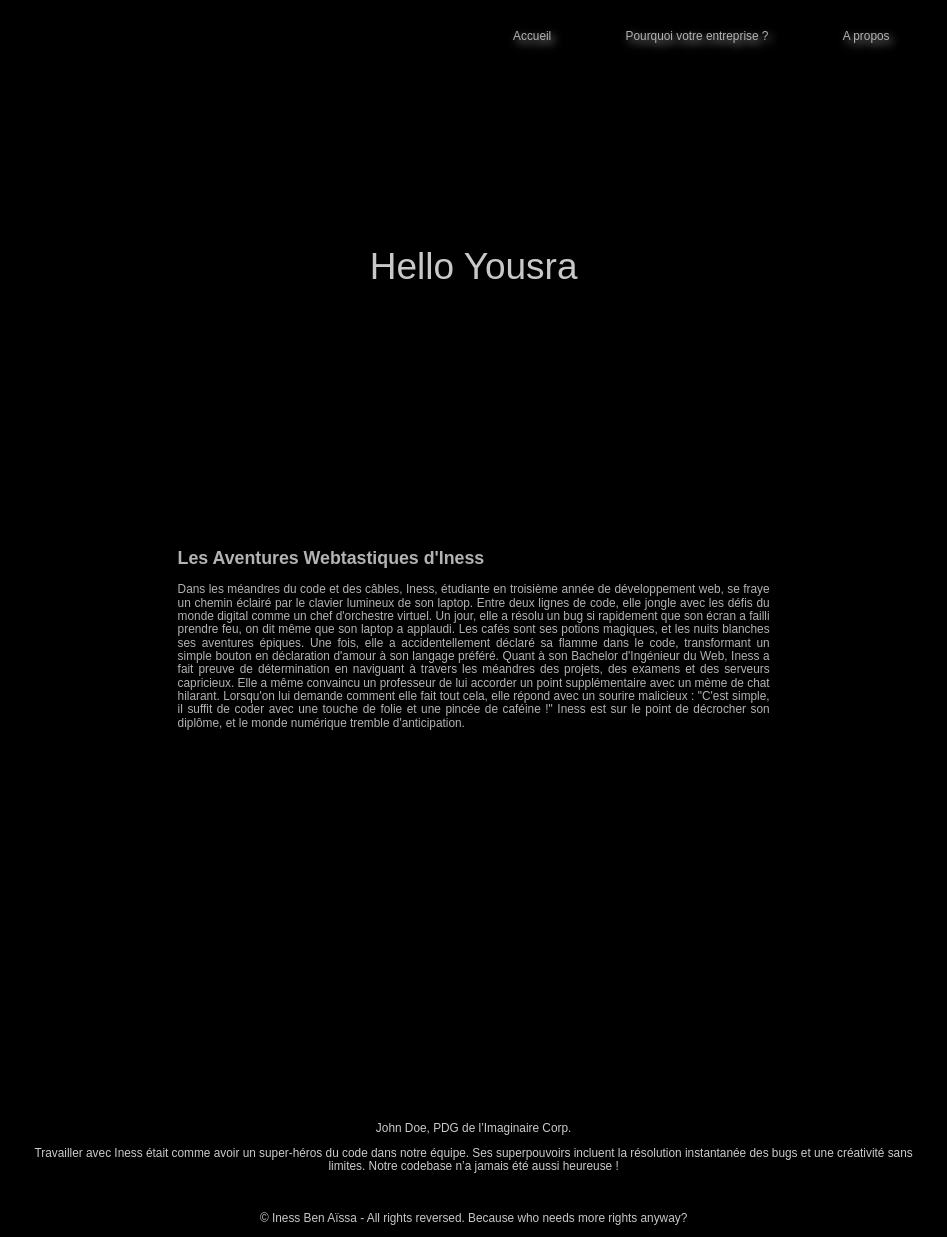
Repository: inessben/application
Page: index.html
These files come from the project's save history. The page is drawn as it stood at one moment and after the next save; the edit follows.
The browser window is 1280 px wide. The pictures show the whole page, at 74% of full size.

Above is the page before, as saved 2023-12-03 20:18:46.

### index.html
<!DOCTYPE html>
<html lang="en">
<head>
    <meta charset="UTF-8">
    <meta name="viewport" content="width=device-width, initial-scale=1.0">
    <!-- generate the icon -->
    <link rel="apple-touch-icon" sizes="180x180" href="/favicon/apple-touch-icon.png">
    <link rel="icon" type="image/png" sizes="32x32" href="/favicon/favicon-32x32.png">
    <link rel="icon" type="image/png" sizes="16x16" href="/favicon/favicon-16x16.png">
    <link rel="manifest" href="/favicon/site.webmanifest">
    <link rel="mask-icon" href="/favicon/safari-pinned-tab.svg" color="#5bbad5">
    <meta name="msapplication-TileColor" content="#da532c">
    <!--  -->
    <meta name="theme-color" content="#333333">
    <title>#slowlyApplication</title>
    <link rel="stylesheet" href="index.css">
</head>
<body>

    <section id="nav-header">
        <header class="nav-links">
            <a href="./index.html" class="link">Accueil</a>
            <a href="./company/company.html" class="link">Pourquoi votre entreprise ?</a>
            <a href="./about/about.html" class="link">A propos</a>
        </header>
    </section>

    <section id="interactive-section">
    <p id="text-content">Hello Yousra</p>
    </section>

    <section id="main-content">
        <h1>Les Aventures Webtastiques d'Iness</h1>
        <p>Dans les méandres du code et des câbles, Iness, étudiante en troisième année de développement web, se fraye un chemin éclairé par le clavier lumineux de son laptop. Entre deux lignes de code, elle jongle avec les défis du monde digital comme un chef d'orchestre virtuel. Un jour, elle a résolu un bug si rapidement que son écran a failli prendre feu, on dit même que son laptop a applaudi. Les cafés sont ses potions magiques, et les nuits blanches ses aventures épiques. Une fois, elle a accidentellement déclaré sa flamme dans le code, transformant un simple bouton en déclaration d'amour à son langage préféré.
        Quant à son Bachelor d'Ingénieur du Web, Iness a fait preuve de détermination en naviguant à travers les méandres des projets, des examens et des serveurs capricieux. Elle a même convaincu un professeur de lui accorder un point supplémentaire avec un mème de chat hilarant. Lorsqu'on lui demande comment elle fait tout cela, elle répond avec un sourire malicieux : "C'est simple, il suffit de coder avec une touche de folie et une pincée de caféine !" Iness est sur le point de décrocher son diplôme, et le monde numérique tremble d'anticipation.</p>
    </section>

    <section id="carousel-container">
        <section id="testimonial1">
            <p>John Doe, PDG de l’Imaginaire Corp.</p>
            <p>Travailler avec Iness était comme avoir un super-héros du code dans notre équipe. Ses superpouvoirs incluent la résolution instantanée des bugs et une créativité sans limites. Notre codebase n’a jamais été aussi heureuse !</p>
        </section>

        <section id="testimonial2">
            <p>Jane Smith, Directrice du Sourire Inc.</p>
            <p>Son humour contagieux et ses compétences techniques font d’elle une collègue exceptionnelle. Recrutez-la avant que Hollywood ne réalise un film sur sa vie !</p>
        </section>

        <section id="testimonial3">
            <p>Charlie Console, Architecte du Code chez InnovateTech</p>
            <p>Recruter Iness ? C’est comme ajouter des commentaires clairs à un script confus. Elle apporte de la clarté, de l’efficacité et un peu de magie à chaque ligne de code. L’équation parfaite pour la réussite de l’équipe !</p>
        </section>

        <section id="testimonial4">
            <p>Sophie Frontend, Directrice de l’Imaginaire Corp.</p>
            <p>Collaborer avec Iness a été comme travailler avec une fée du front-end. Elle a transformé nos designs en sites web interactifs qui enchantent nos utilisateurs !</p>
        </section>

        <section id="testimonial5">
            <p>Alexa Responsive, Responsable de l’Expérience chez Sourire Inc.</p>
            <p>Le talent d’ Iness pour créer des interfaces captivantes est incomparable. Chaque ligne de code qu’elle écrit semble avoir un sourire intégré. Recrutez-la et voyez vos utilisateurs sourire à chaque clic !</p>
        </section>

        <section id="testimonial6">
            <p>Ethan Design, Artisan du Code chez Codeville</p>
            <p>Iness est l’architecte de notre esthétique numérique. Ses compétences front-end transforment nos idées en expériences visuelles mémorables. Ses animations en front-end ajoutent une dimension magique à nos projets. Elle a l’art de faire bouger les pixels !</p>
        </section>
        </section>

        <footer>
            <p>© Iness Ben Aïssa - All rights reversed. Because who needs more rights anyway?</p>
        </footer>


    <script src="script.js"></script>
</body>
</html>

### index.css
body {
    margin: 0;
    /* overflow: hidden; */
    font-family: 'Arial', sans-serif;
    background-color: #000000;
    color: #c8c8c8;
    padding: 0;
}

#nav-header {
    position: absolute;
    top: 30px;
    right: 20px;
    font-size: 16px;
    font-weight: 500;
    padding: 10px;
}

.link {
    filter: drop-shadow(4px 5px 6px #b2b1b1);
    padding: 8px;
    text-decoration: none;
    color: #b3b3b3;
    margin: auto 40px;
}

.link:hover {
    opacity: 0.7;
}

#interactive-section {
    height: 100vh;
    font-size: 50px;
    display: flex;
    align-items: center;
    justify-content: center;
    background-color: #000000;
    transition: opacity 0.5s ease-in-out;
}

#main-content {
    z-index: 99;
    height: 100vh;
    top: -200px;
    color: #b3b3b3;
    max-width: 800px;
    margin: 20px auto;
    text-align: justify;
    padding: 0 20px;
    transition: opacity 0.5s ease-in-out;
}

#testimonial1,
#testimonial2,
#testimonial3,
#testimonial4,
#testimonial5,
#testimonial6 {
    min-width: 100vw;
    scroll-snap-align: start;
    padding: 20px;
    box-sizing: border-box;
    color: #fff;
    border-radius: 10px;
    text-align: center;
    opacity: 0.8;
    }

    #carousel-container {
    display: flex;
    overflow-x: auto;
    scroll-snap-type: x mandatory;
    -webkit-overflow-scrolling: touch; /* Pour un défilement plus fluide sur les appareils iOS */
    }

footer{
    display: flex;
    align-items: center;
    justify-content: center;
}

### script.js
const textContent = document.getElementById('text-content')
const interactiveSection = document.getElementById('interactive-section')
const mainContent = document.getElementById('main-content')
const h1Element = document.querySelector('#main-content h1')
const pElement = document.querySelector('#main-content p')

document.addEventListener('keydown', function (event) {
    if (event.code === 'Space') {
        switch (textContent.innerText) {
            case 'Hello Yousra':
                textContent.innerText = 'Hello Yasmine'
                break
            case 'Hello Yasmine':
                textContent.innerText = 'Hello Chi Khanh'
                break
            case 'Hello Chi Khanh':
                textContent.innerText = '...Or anyone else from the team'
                break
            case '...Or anyone else from the team':
                textContent.innerText = 'Let me present you...'
                break
            default:
                console.log('mainContent')
                interactiveSection.style.opacity = '0'
                interactiveSection.style.pointerEvents = 'none'
                // mainContent.classList.add('display')
                break
        }

        setTimeout(() => {
            mainContent.style.opacity = '1'
            h1Element.style.opacity = '1'
            pElement.style.opacity = '1'
        }, 300) // Ajustez le délai si nécessaire
    }
});

After the next save:
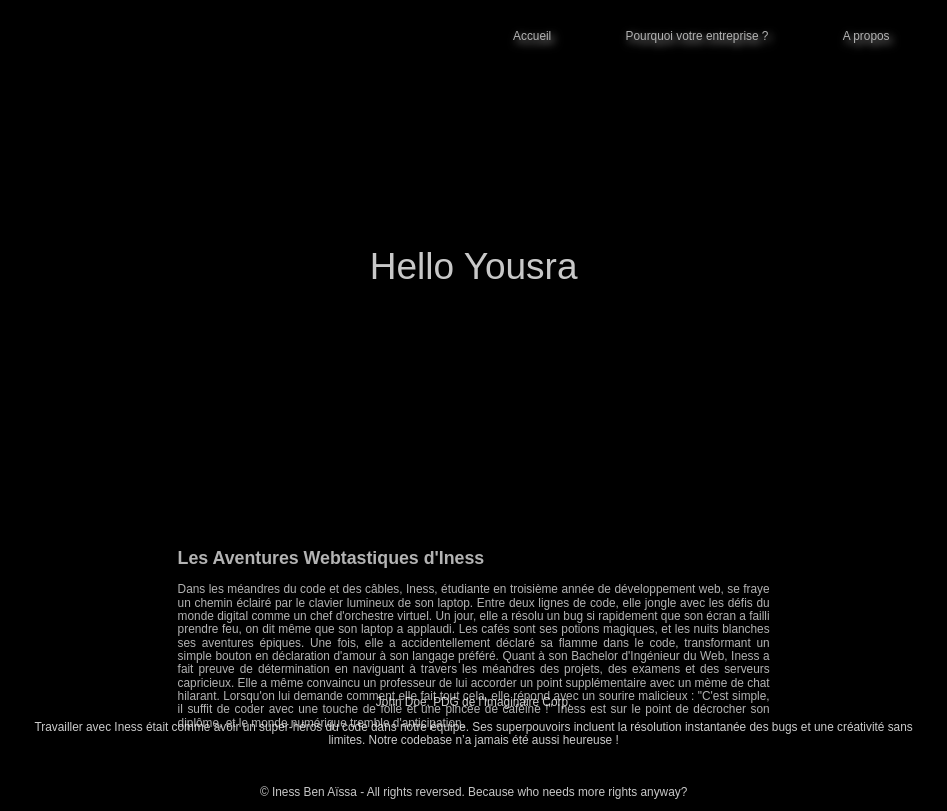
Saved 34 s later.
--- a/index.css
+++ b/index.css
@@ -40,7 +40,7 @@ body {
 
 #main-content {
     z-index: 99;
-    height: 100vh;
+    height: 20vh;
     top: -200px;
     color: #b3b3b3;
     max-width: 800px;
